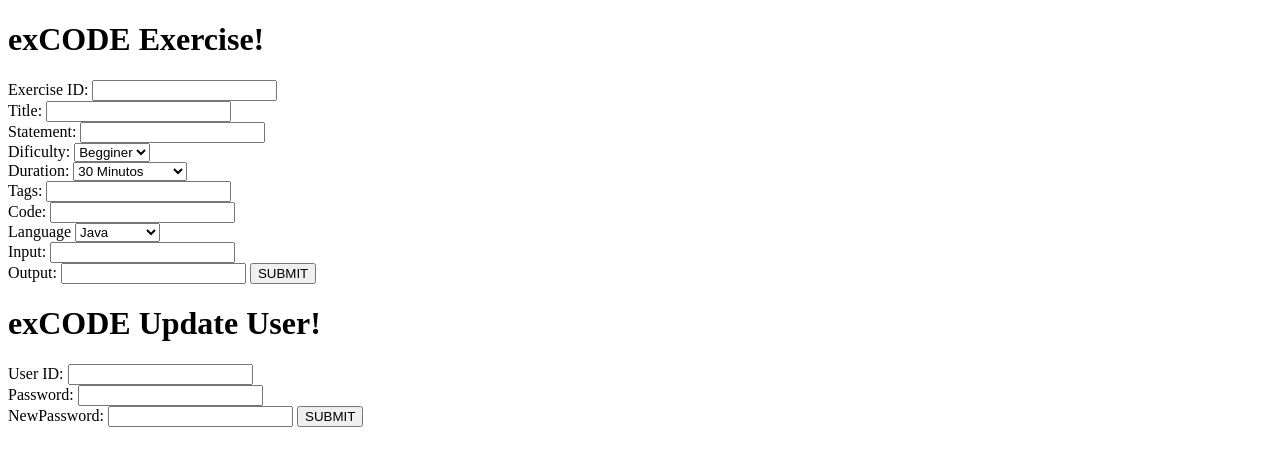
Repository: andregouveia8/EXCODE-API
Page: exCODE PROGRAMING EXERCISES API/API/exCODE API/exCODEAPI/WebContent/dashboard.html
These files come from the project's save history. The page is drawn as it stood at one moment and after the next save; the edit follows.
The browser window is 1280 px wide. The pictures show the whole page.
Some web libraries are served in a nearby version.

Above is the page before, as saved 2018-01-20 14:46:07.

After the next save:
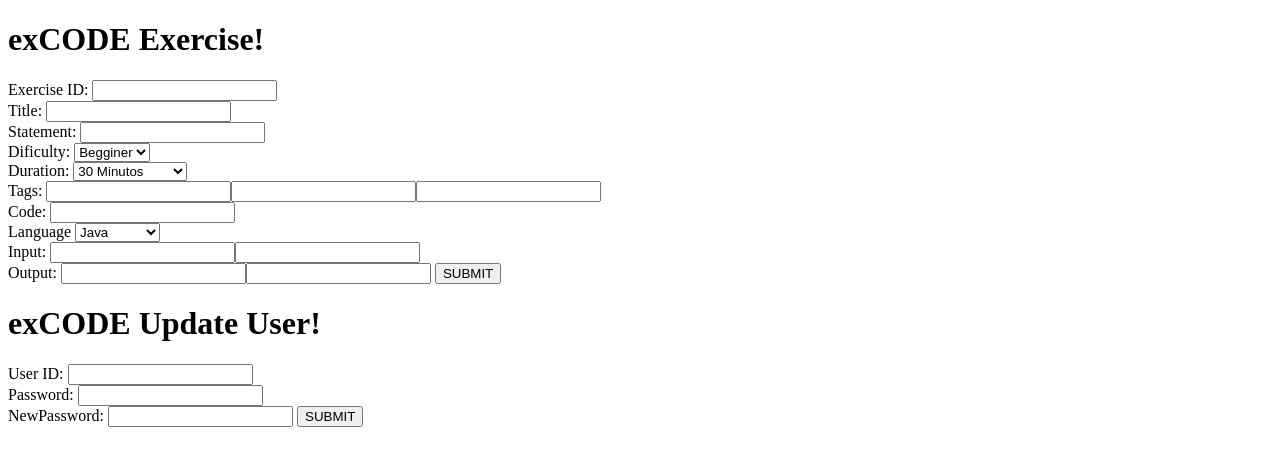
Saved 30 s later.
--- a/exCODE PROGRAMING EXERCISES API/API/exCODE API/exCODEAPI/WebContent/dashboard.html
+++ b/exCODE PROGRAMING EXERCISES API/API/exCODE API/exCODEAPI/WebContent/dashboard.html
@@ -181,7 +181,7 @@
 
     </select>
     <br> Tags:
-    <input id="txtTags" type="text" />
+    <input id="txtTags" type="text" /><input id="txtTags1" type="text" /><input id="txtTags2" type="text" />
     <br> Code:
     <input id="txtCode" type="text" />
     <br> Language
@@ -191,9 +191,9 @@
         <option value="JavaScript">JavaScript</option>
     </select>
     <br>Input:
-    <input id="txtInput" type="text" />
+    <input id="txtInput" type="text" /><input id="txtInput2" type="text" />
     <br>Output:
-    <input id="txtOutput" type="text" />
+    <input id="txtOutput" type="text" /><input id="txtOutput2" type="text" />
     <input id="btnSubmit" type="button" value="SUBMIT" />
     <br/>
 
